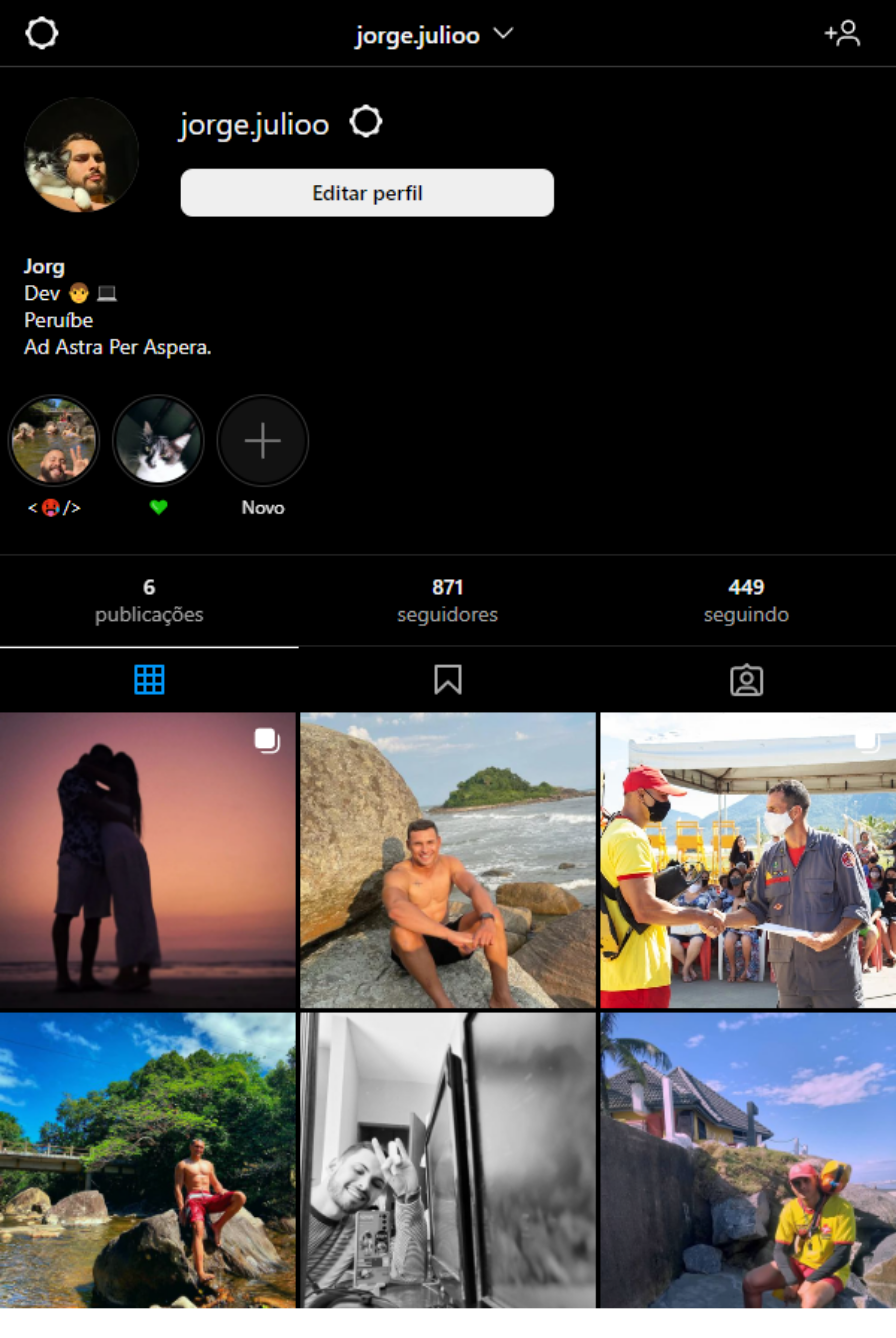
Repository: jorgprado/curso-html-css-Guanabara
Page: exec-pg-social/instagram.html
An editor plug-in stored every save of this project. The page is shown before and after a run of saves, followed by the edit.
The browser window is 1280 px wide. The pictures show the whole page, at 70% of full size.

Above is the page before, as saved 2023-05-24 11:56:59.

After the next 2 saves:
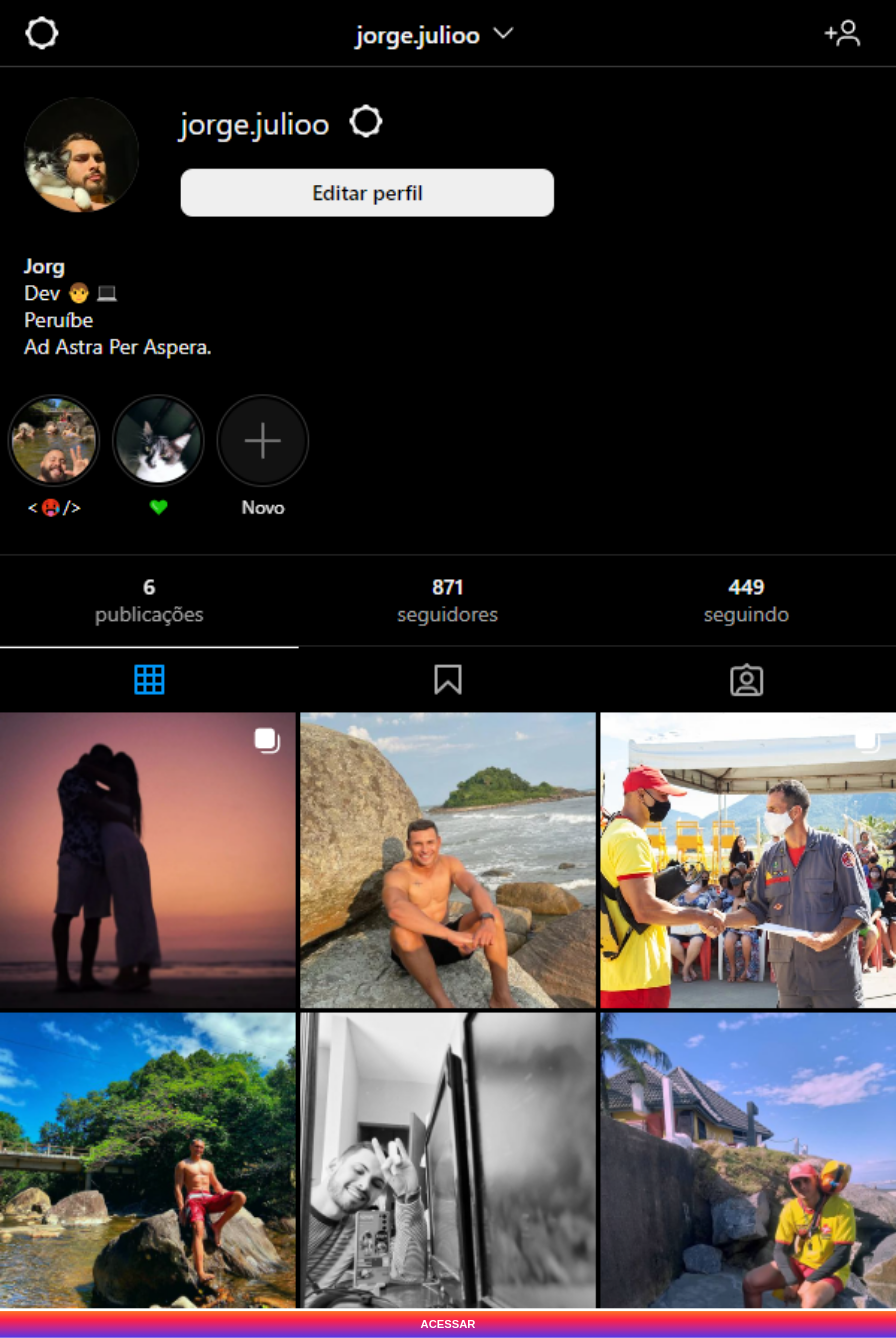
The 2 saves are shown as one change because they came seconds apart.
The last was saved 14 s later.
--- a/exec-pg-social/estilo/social.css
+++ b/exec-pg-social/estilo/social.css
@@ -31,7 +31,7 @@
 
 a.insta{
     display: block;
-    background-image: linear-gradient(#FB7323, #FE2147, #B4299C, );
+    background-image: linear-gradient(#FB7323, #FE2147, #B4299C, #5137E6);
     color: white;
     padding: 10px;
     text-align: center;

After the 6 saves that followed:
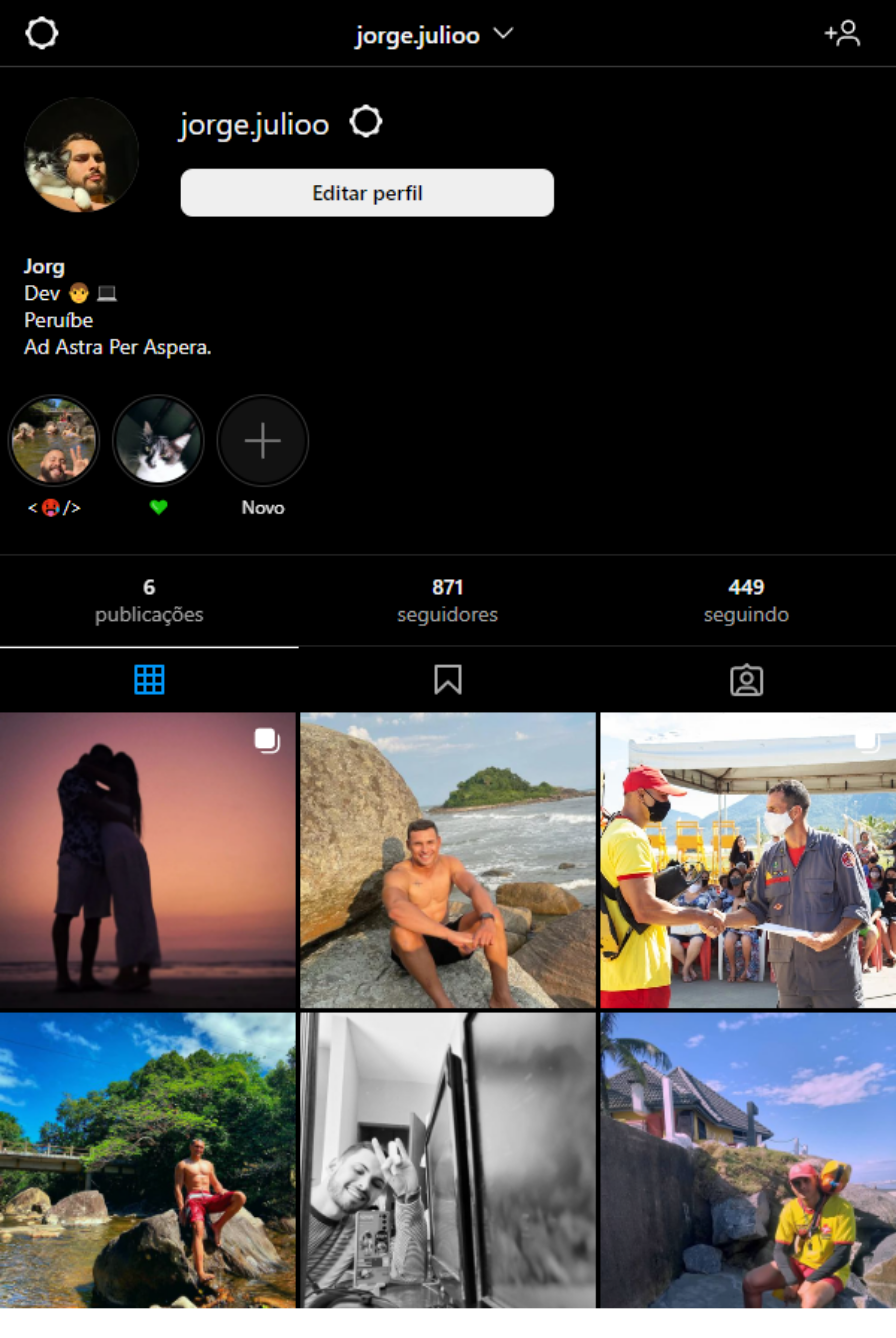
The 6 saves are shown as one change because they came seconds apart.
The last was saved 15 s later.
--- a/exec-pg-social/estilo/social.css
+++ b/exec-pg-social/estilo/social.css
@@ -31,7 +31,7 @@
 
 a.insta{
     display: block;
-    background-image: linear-gradient(#FB7323, #FE2147, #B4299C, #5137E6);
+    background-image: linear-gradient(to left #FB7323, #FE2147, #B4299C, #5137E6);
     color: white;
     padding: 10px;
     text-align: center;
